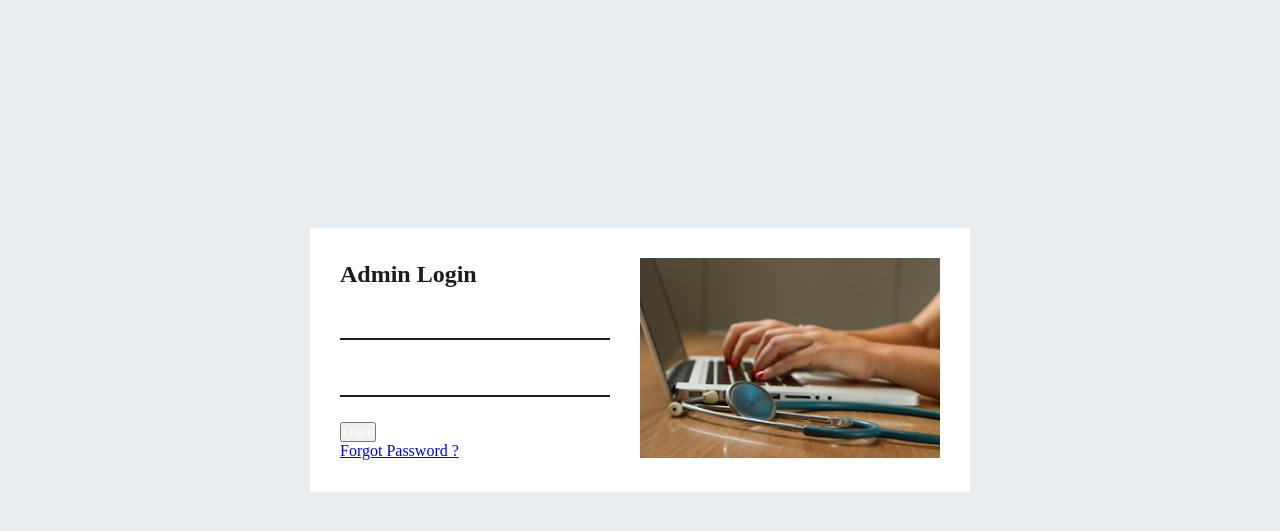
Repository: GauraVPandeyyy/Final-Neuro-dentica
Page: http://localhost/Admin-Panel/login.php
The author's editor kept a copy of each file at every save. The page is drawn from the files as they stood at one save, then again after a run of saves.
The browser window is 1280 px wide. The pictures show the whole page.
The page is run by PHP 8.4 with error messages shown; the project is at /var/www/html/.

Above is the page before, as saved 2024-11-10 19:20:39.

After the next 2 saves:
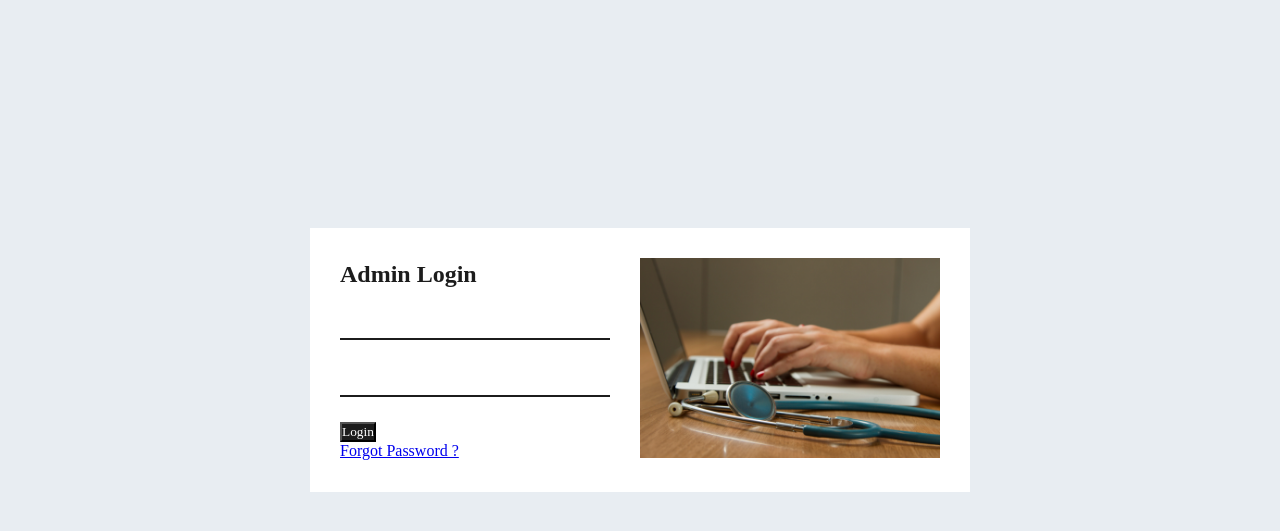
The 2 saves are shown as one change because they came seconds apart.
The last was saved 7 s later.
--- a/Admin-Panel/login.css
+++ b/Admin-Panel/login.css
@@ -45,5 +45,6 @@ div.container div.myForm input{
 
 div.container div.myForm button{
     color: white;
-    background-color: #;
+    background-color: #1c1c1c;
+
 }
